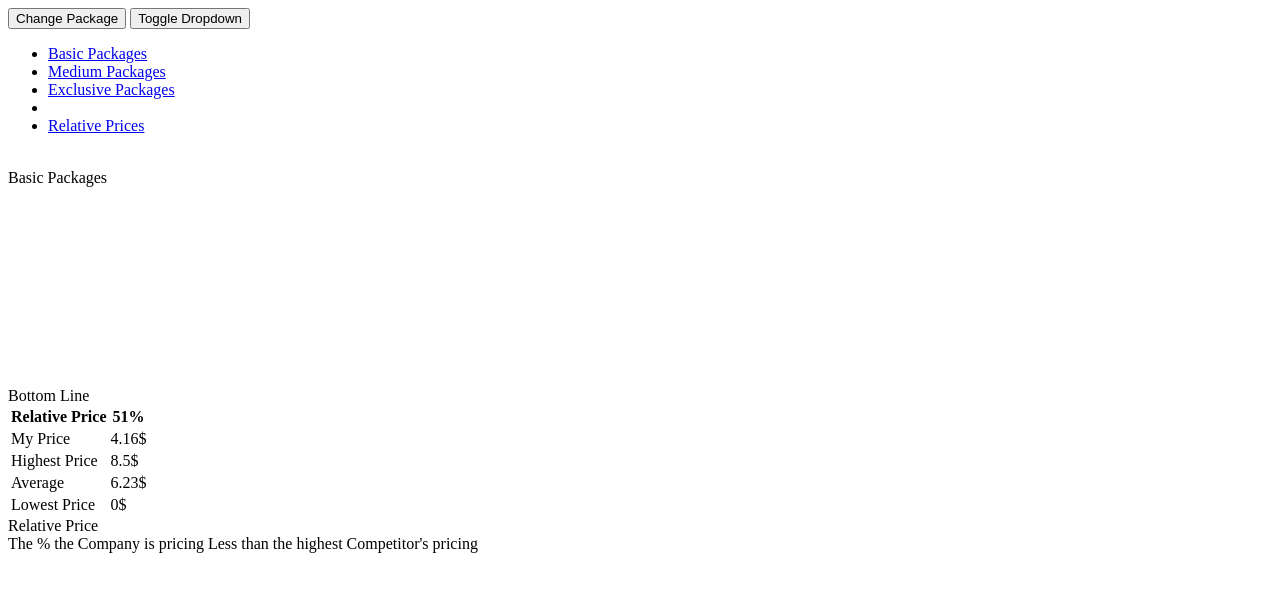
Repository: netaosman/Price-try-course
Page: prixceFrontEnd/src/main/webapp/Prixce_FrontEnd/HTML/Market/pricesPack/BasicPackages.html
These files come from the project's save history. The page is drawn as it stood at one moment and after the next save; the edit follows.
The browser window is 1280 px wide. The pictures show the whole page.

Above is the page before, as saved 2017-09-24 15:58:36.

### prixceFrontEnd/src/main/webapp/Prixce_FrontEnd/HTML/Market/pricesPack/BasicPackages.html
<!--  <p class="sub-header">Exclusive Packages</p>-->

<div class="container-fluid">
	<div class="dropdown">
		<!-- Split button -->
		<div class="btn-group">
			<button type="button" class="btn btn-default">Change Package</button>
			<button type="button" class="btn btn-default dropdown-toggle"
				data-toggle="dropdown" aria-haspopup="true" aria-expanded="false">
				<span class="caret"></span> <span class="sr-only">Toggle
					Dropdown</span>
			</button>
			<ul class="dropdown-menu">
				<li><a href="#/BasicPackages">Basic Packages</a></li>
				<li><a href="#/MedPackages">Medium Packages</a></li>
				<li><a href="#/HighPackages">Exclusive Packages</a></li>
				<li role="separator" class="divider"></li>
				<li><a href="#/RelativePrices">Relative Prices</a></li>
			</ul>
		</div>
	</div>
	<br>
	<div class="row placeholders">
		<div class="col-xs-12 col-md-8 col-lg-8"
			ng-controller="PricesBasicCtrl">
			<div class="panel panel-default-1">
				<div class="panel-heading">Basic Packages</div>
				<div class="panel-body">
					<!-- <div class="panel-title">Prices</div> -->
					<canvas id="base" class="chart-horizontal-bar" chart-data="data"
						chart-labels="labels" chart-colors="colors" height="200">
                                </canvas>
				</div>
			</div>
		</div>
		<div class="col-xs-12 col-md-4 col-lg-4">
			<div class="panel panel-default-1">
				<div class="panel-heading">Bottom Line</div>
				<div class="panel-body">
					<table class="table">
						<thead>
							<tr>
								<th class="relative">Relative Price</th>
								<th class="relative-price">51%</th>
							</tr>
						</thead>
						<tbody>
							<tr>
								<td class="title-prices"><span
									class="glyphicon glyphicon-hand-right" aria-hidden="true"></span>
									My Price</td>
								<td class="prices">4.16$</td>
							</tr>
							<tr>
								<td class="title-prices"><span
									class="glyphicon glyphicon-hand-up" aria-hidden="true"></span>
									Highest Price</td>
								<td class="prices">8.5$</td>
							</tr>
							<tr>
								<td class="title-prices"><span
									class="glyphicon glyphicon-hand-left" aria-hidden="true"></span>
									Average</td>
								<td class="prices">6.23$</td>
							</tr>
							<tr>
								<td class="title-prices"><span
									class="glyphicon glyphicon-thumbs-down" aria-hidden="true"></span>
									Lowest Price</td>
								<td class="prices">0$</td>
							</tr>
						</tbody>

					</table>
				</div>
			</div>
		</div>
		<div class="col-xs-12 col-md-4 col-lg-4">
			<div class="panel panel-default-1">
				<div class="panel-title">Relative Price</div>
				<div class="panel-body">The % the Company is pricing Less than
					the highest Competitor's pricing</div>
			</div>
		</div>
	</div>
</div>

After the next save:
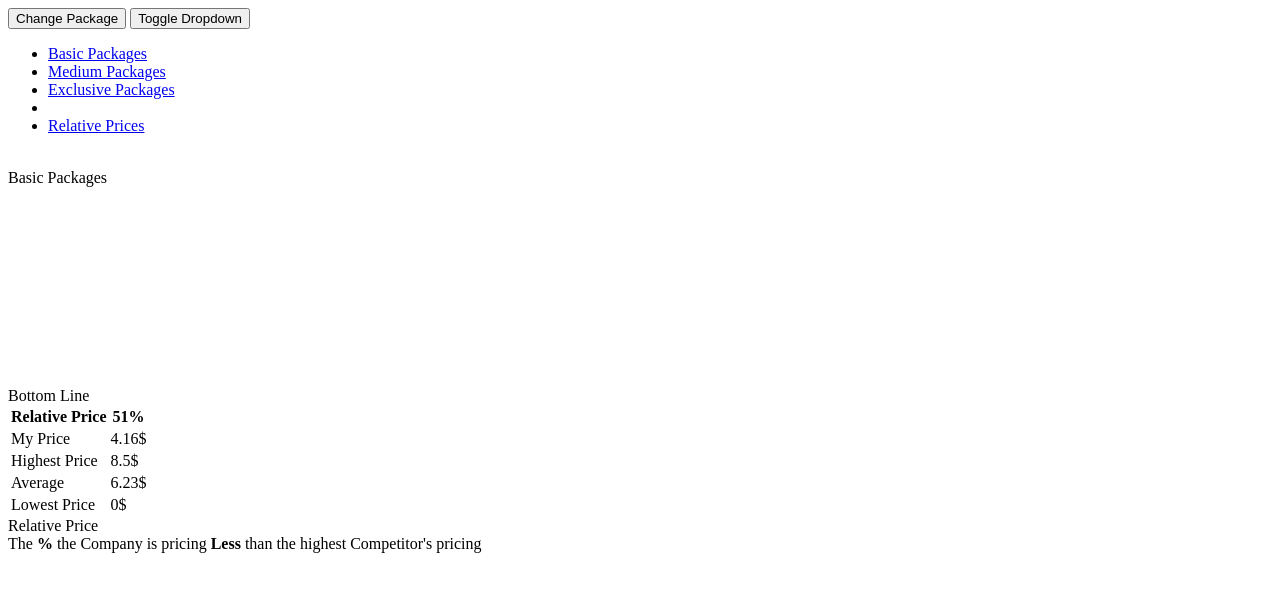
Saved 73 s later.
--- a/prixceFrontEnd/src/main/webapp/Prixce_FrontEnd/HTML/Market/pricesPack/BasicPackages.html
+++ b/prixceFrontEnd/src/main/webapp/Prixce_FrontEnd/HTML/Market/pricesPack/BasicPackages.html
@@ -78,7 +78,7 @@
 		<div class="col-xs-12 col-md-4 col-lg-4">
 			<div class="panel panel-default-1">
 				<div class="panel-title">Relative Price</div>
-				<div class="panel-body">The % the Company is pricing Less than
+				<div class="panel-body">The <b>%</b> the Company is pricing <b>Less</b> than
 					the highest Competitor's pricing</div>
 			</div>
 		</div>
